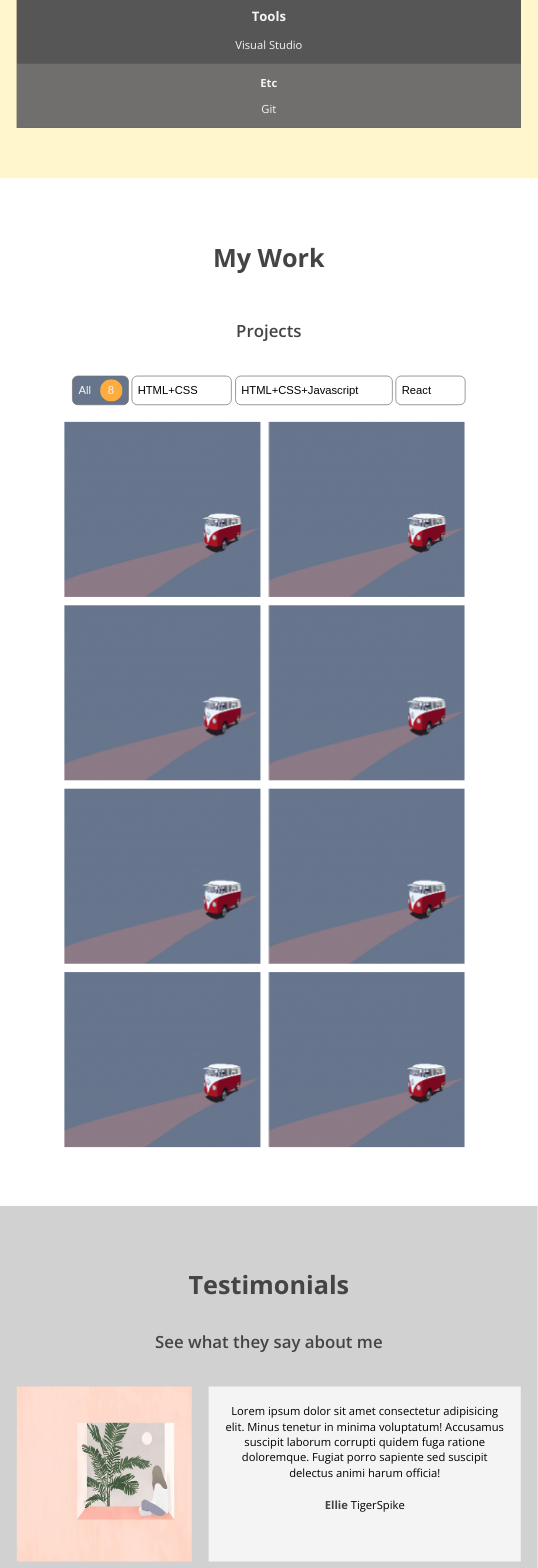
Repository: choi2021/portfolio-vanillaJS
Page: index.html
The author's editor kept a copy of each file at every save. The page is drawn from the files as they stood at one save, then again after the next save.
The browser window is 768 px wide. The pictures show the part of the page from y = 2634 to 4874 px (the page is 5614 px tall), at 70% of full size.
Some web libraries are served in a nearby version.

Above is the page before, as saved 2022-01-08 15:13:09.

After the next save:
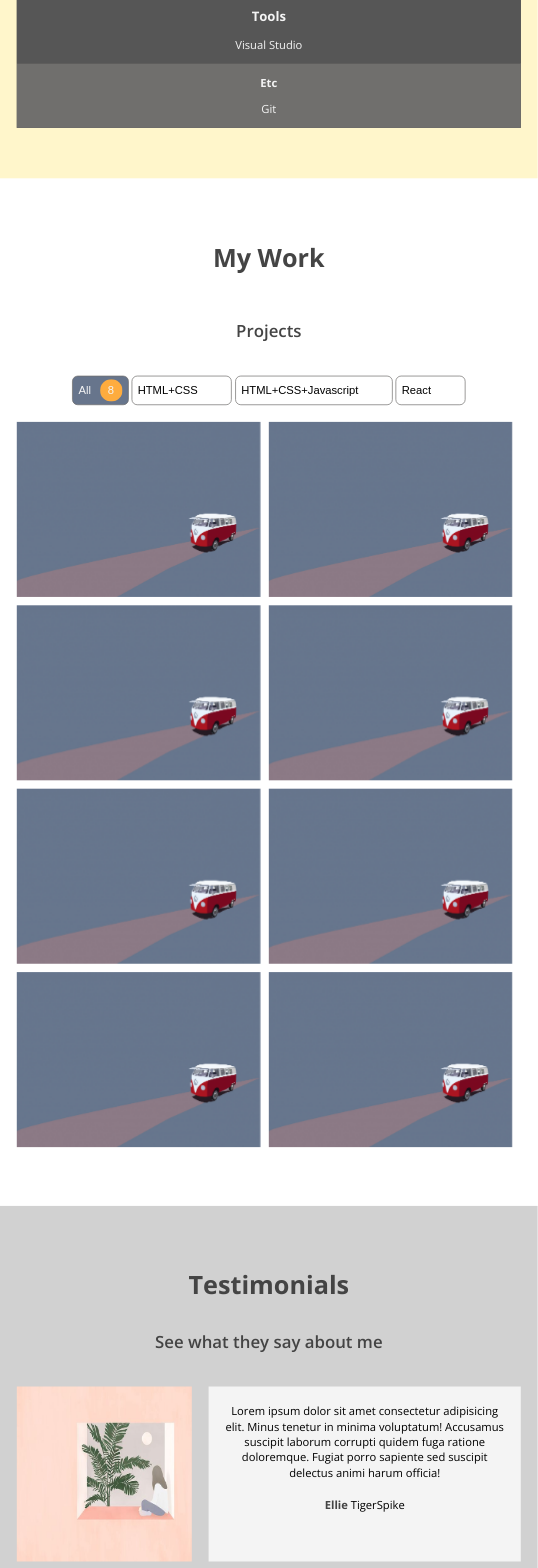
Saved 62 s later.
--- a/style.css
+++ b/style.css
@@ -594,4 +594,8 @@ button {
   .category__btn {
     padding: 4px 8px;
   }
-}
+
+  .project {
+    flex-grow: 1;
+  }
+}
